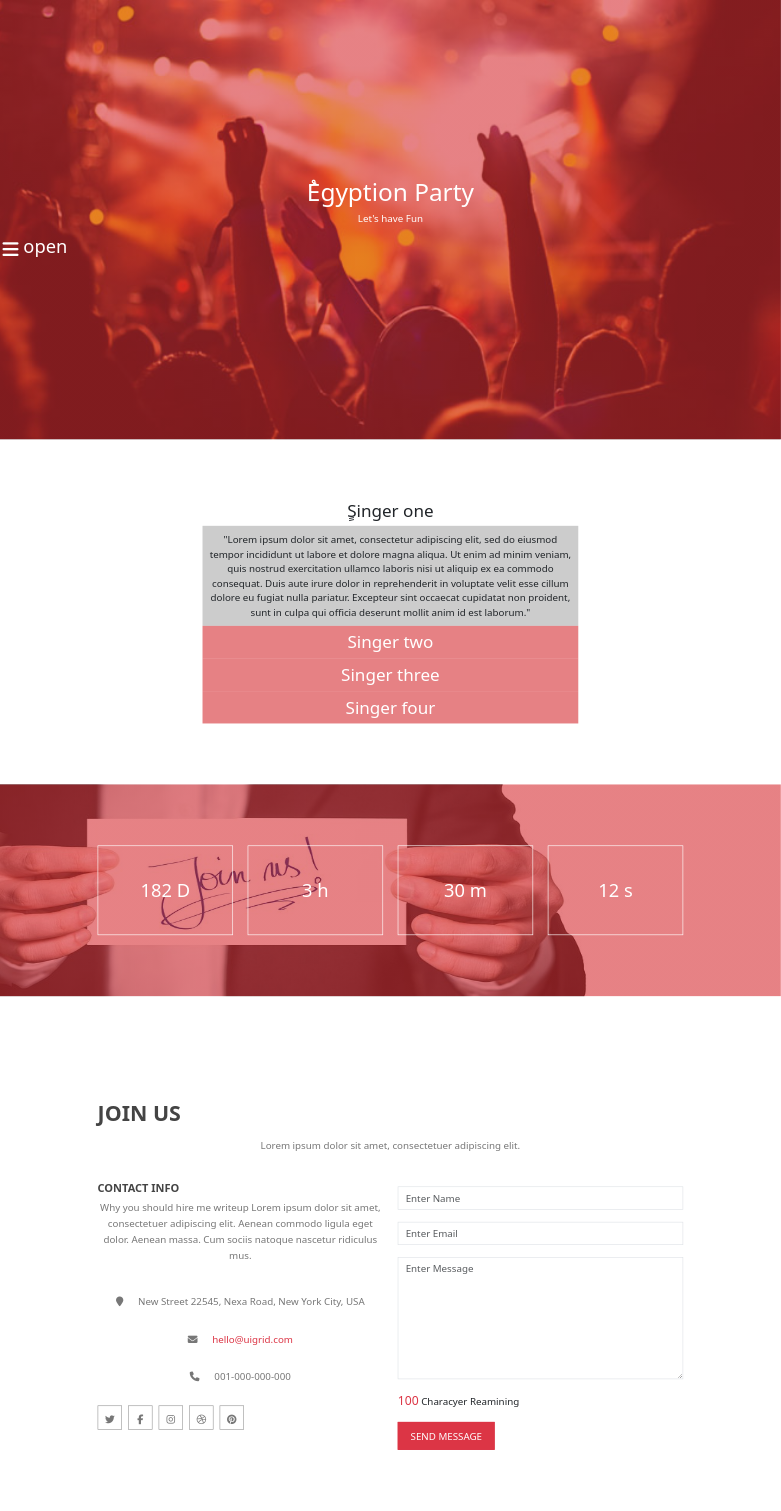
Repository: HagarYousry/jQuery
Page: index.html
These files come from the project's save history. The page is drawn as it stood at one moment and after a run of saves; the edit follows.
The browser window is 1280 px wide. The pictures show the whole page, at 61% of full size.

Above is the page before, as saved 2024-07-25 20:29:31.

### index.html
<!DOCTYPE html>
<html lang="en">

<head>
    <meta charset="UTF-8">
    <meta name="viewport" content="width=device-width, initial-scale=1.0">
    <title>Egyption party</title>
    <!-- web fonts  -->
    <link rel="stylesheet" href="css/all.min.css">
    <!-- bootstrap -->
    <link rel="stylesheet" href="css/bootstrap.min.css">
    <!-- main css -->
    <link rel="stylesheet" href="css/main.css">
</head>

<body>
    <!--start home  -->
    <section id="home">
        <div id="sideNav" class="bg-black p-5">
            <a class="p-0 closeIcon">
                <i class="fa-solid fa-xmark "></i>
            </a>
            <a class="sideNav-link " href="#home">Home</a>
            <a class="sideNav-link" href="#Acordion">Duration</a>
            <a class="sideNav-link" href="#contact">Contact</a>
            <a class="sideNav-link" href="#count">Details</a>
        </div>

        <div class="home-title d-flex justify-content-center align-items-center flex-column vh-100 text-white">
            <h1>ُEgyption Party</h1>
            <p>Let's have Fun</p>
            <span class="navIcon align-self-start d-flex align-items-center ms-1">
                <i class="fa-solid fa-bars"></i>
                <h4 class="ms-2">open</h4>
            </span>
        </div>
    </section>


    <!-- start Acordion section  -->
    <section id="Acordion" class="Acordion text-center">

        <div class="container w-50">
            <h3 class="toggle-acordion">ٍSinger one</h3>
            <div class="inner first">"Lorem ipsum dolor sit amet, consectetur adipiscing elit, sed do eiusmod tempor
                incididunt ut labore et dolore magna aliqua. Ut enim ad minim veniam, quis nostrud exercitation ullamco
                laboris nisi ut aliquip ex ea commodo consequat. Duis aute irure dolor in reprehenderit in voluptate
                velit
                esse cillum dolore eu fugiat nulla pariatur. Excepteur sint occaecat cupidatat non proident, sunt in
                culpa
                qui officia deserunt mollit anim id est laborum."
            </div>


            <h3 class="toggle">Singer two</h3>
            <div class="inner">"Sed ut perspiciatis unde omnis iste natus error sit voluptatem accusantium doloremque
                laudantium, totam rem aperiam, eaque ipsa quae ab illo inventore veritatis et quasi architecto beatae
                vitae
                dicta sunt explicabo. Nemo enim ipsam voluptatem quia voluptas sit aspernatur aut odit aut fugit, sed
                quia
                consequuntur magni dolores eos qui ratione voluptatem sequi nesciunt. Neque porro quisquam est, qui
                dolorem
                ipsum quia dolor sit amet, consectetur, adipisci velit, sed quia non numquam eius modi tempora incidunt
                ut
                labore et dolore magnam aliquam quaerat voluptatem. Ut enim ad minima veniam, quis nostrum
                exercitationem
                ullam corporis suscipit laboriosam, nisi ut aliquid ex ea commodi consequatur? Quis autem vel eum iure
                reprehenderit qui in ea voluptate velit esse quam nihil molestiae consequatur, vel illum qui dolorem eum
                fugiat quo voluptas nulla pariatur?"
            </div>


            <h3 class="toggle">Singer three</h3>
            <div class="inner">"But I must explain to you how all this mistaken idea of denouncing pleasure and praising
                pain was born and I will give you a complete account of the system, and expound the actual teachings of
                the
                great explorer of the truth, the master-builder of human happiness. No one rejects, dislikes, or avoids
                pleasure itself, because it is pleasure, but because those who do not know how to pursue pleasure
                rationally
                encounter consequences that are extremely painful. Nor again is there anyone who loves or pursues or
                desires
                to obtain pain of itself, because it is pain, but because occasionally circumstances occur in which toil
                and
                pain can procure him some great pleasure. To take a trivial example, which of us ever undertakes
                laborious
                physical exercise, except to obtain some advantage from it? But who has any right to find fault with a
                man
                who chooses to enjoy a pleasure that has no annoying consequences, or one who avoids a pain that
                produces no
                resultant pleasure?"
            </div>


            <h3 class="toggle">Singer four</h3>
            <div class="inner">"At vero eos et accusamus et iusto odio dignissimos ducimus qui blanditiis praesentium
                voluptatum deleniti atque corrupti quos dolores et quas molestias excepturi sint occaecati cupiditate
                non
                provident, similique sunt in culpa qui officia deserunt mollitia animi, id est laborum et dolorum fuga.
                Et
                harum quidem rerum facilis est et expedita distinctio. Nam libero tempore, cum soluta nobis est eligendi
                optio cumque nihil impedit quo minus id quod maxime placeat facere possimus, omnis voluptas assumenda
                est,
                omnis dolor repellendus. Temporibus autem quibusdam et aut officiis debitis aut rerum necessitatibus
                saepe
                eveniet ut et voluptates repudiandae sint et molestiae non recusandae. Itaque earum rerum hic tenetur a
                sapiente delectus, ut aut reiciendis voluptatibus maiores alias consequatur aut perferendis doloribus
                asperiores repellat."

            </div>

        </div>
    </section>
    <!-- end Acordion section  -->

    <!-- start count section  -->
    <section id="count">
        <div class="container-fluid w-75 text-center text-white">
            <div class="row">
                <div class="col-md-3">
                    <div class="time">
                        <span class="days">00</span>
                    </div>
                </div>

                <div class="col-md-3">
                    <div class="time">
                        <span class="hours">00</span>
                    </div>
                </div>

                <div class="col-md-3">
                    <div class="time">
                        <span class="minutes">00</span>
                    </div>
                </div>

                <div class="col-md-3">
                    <div class="time">
                        <span class="seconds">00</span>
                    </div>
                </div>

            </div>
        </div>
    </section>
    <!-- end count section  -->

    <!-- start contact-us section  -->
    <section id="contact">
        <div class="container-fluid w-75">
            <div class="head">
                <h2 class="text-uppercase fw-bold">Join Us</h2>
                <p class="text-center">Lorem ipsum dolor sit amet, consectetuer adipiscing elit.</p>
            </div>
            <div class="row mt-5">
                <div class="col-md-6">
                    <div class="col-info">
                        <h3 class="text-uppercase">CONTACT INFO</h3>
                        <p class="text-center">Why you should hire me writeup Lorem ipsum dolor sit amet, consectetuer
                            adipiscing elit.
                            Aenean commodo ligula eget dolor. Aenean massa. Cum sociis natoque nascetur ridiculus mus.
                        </p>

                        <div class="icons text-center">
                            <p><i class="fa fa-map-marker"></i> New Street 22545, Nexa Road, New York City, USA</p>

                            <p class="text-danger"><i class="fa fa-envelope"></i> hello@uigrid.com</p>
                            <p><i class="fa fa-phone"></i> 001-000-000-000</p>
                        </div>

                        <div class="social d-flex align-items-center">

                            <i class="fab fa-twitter fa-fw"></i>
                            <i class="fab fa-facebook-f fa-fw"></i>
                            <i class="fab fa-instagram fa-fw"></i>
                            <i class="fab fa-dribbble fa-fw"></i>
                            <i class="fab fa-pinterest fa-fw"></i>

                        </div>
                    </div>
                </div>

                <div class="col-md-6">
                    <form>

                        <input class="form-control mt-2" type="text" placeholder="Enter Name">
                        <input class="form-control" type="email" placeholder="Enter Email">
                        <textarea class="form-control " placeholder="Enter Message"></textarea>
                        <span id="chars" class="text-danger">100</span> Characyer Reamining
                        <button class="btn btn-danger text-uppercase">Send Message</button>

                    </form>
                </div>
            </div>
        </div>
    </section>
    <!-- end contact-us section  -->


    <!-- jquery  -->
    <script src="js/jquery-3.7.1.min.js"></script>
    <!-- index js  -->
    <script src="js/index.js"></script>


</body>

</html>

### css/main.css
/*start home  */
#home{
    height: 100vh;
    background-image: linear-gradient(rgba(214, 46, 51, 0.6), rgba(214, 46, 51, 0.6)),
        url(../imgs/events-heavenly-header.jpg);
    background-position: center;
    background-size: cover;
    background-repeat: no-repeat;
}

#sideNav {
    position: fixed;
    top: 0;
    bottom: 0;
    left: 0;
    display: flex;
    flex-direction: column;
    z-index: 9999;
}

#sideNav a{
    padding: 20px;
    text-decoration: none;
    font-size: 25px;
    color: #818181;
    display: block;
    color: white;
    transition: 0.3s;
}

.closeIcon {
    position: absolute;
    top: 0;
    right: 25px;
    font-size: 26px;
    margin-left: 50px;
    color: white;
    padding-bottom: 10px;
    transition: 0.3s;
    cursor: pointer;
}

#sideNav a:hover {
    color: rgba(214, 46, 51, 0.4);
}

.navIcon i,
.navIcon h4 {
    font-size: 30px;
    cursor: pointer;
}





/* start Acordion section  */
.Acordion{
    padding-top: 100px ;
    padding-bottom: 100px;
}

.toggle {
    background-color: rgba(214, 46, 51, 0.6);
    cursor: pointer;
    color: white;
    padding: 10px;
    margin: 0px;
}

.inner {
    background-color: rgb(204, 204, 204);
    display: none;
    padding: 10px;
}

#Acordion .first {
    display: block;
}

/* end Acordion section  */

/* start count section  */

#count {
    background-image: linear-gradient(rgba(214, 46, 51, 0.6), rgba(214, 46, 51, 0.6)), url(../imgs/invitation-2508607__340.jpg);
    background-repeat: no-repeat;
    background-position: center center;
    background-size: 100% 100%;
    position: relative;
}

.container-fluid {
    padding: 100px 0px;
}

.time {
    padding: 50px;
    border: 1px solid #FFF;
    font-weight: 500;
    font-size: 30px;
}

/* end count section  */

/* start contact-us section  */
#contact {
    margin-top: 70px;
}

#contact .head h2 {
    font-size: 35px;
    color: #444;
    margin-bottom: 20px;
}

#contact .head p {
    color: #777;
    font-weight: 300;
    font-size: 16px;
}

#contact .col-md-6 .col-info .icons {
    margin-top: 50px;
}

#contact .col-md-6 .col-info .icons p {
    margin-bottom: 35px;
}

#contact .col-md-6 .col-info h3 {
    color: #444;
    font-size: 18px;
    font-weight: 900;
}

#contact .col-md-6 .col-info p {
    font-size: 16px;
    line-height: 26px;
    color: #777;
}

#contact i {
    margin-right: 20px;
    color: #777;
}

#contact .col-md-6 .col-info .social i {
    margin-right: 10px;
    border: 1px solid #999;
    width: 40px;
    height: 40px;
    line-height: 42px;
    cursor: pointer;
    text-align: center;
    transition: 0.5s all;
}

#contact .col-md-6 .col-info .social i:hover {
    color: #fff;
    background-color: #D62E33;
    border: 1px solid #D62E33;
}

#contact .col-md-6 form input,
#contact .col-md-6 form textarea {
    margin-bottom: 20px;
    border-radius: 0;
}

#contact .col-md-6 form textarea {
    height: 200px;
    resize: vertical;
}

#contact .col-md-6 form button {
    padding: 10px 20px;
    border-radius: 0;
    margin-top: 20px;
    display: block;
}

#contact .col-md-6 form #chars {
    font-size: 20px;
}
/* end contact-us section  */

### js/index.js
/// <reference types="../@types/jquery"/>

/* start sideNav */

const sideNavwidth = $('#sideNav').outerWidth(true);

$('#sideNav')
    .animate({ left: -sideNavwidth }, 0);

// open icon
$('.navIcon')
    .on('click', function () {
        $('#sideNav').animate({left :0 }, 1000);
        $('.home-title').animate({ marginLeft: sideNavwidth }, 1000)

    })

// close icon
$('.closeIcon')
    .on('click', function () {
        $('#sideNav').animate({ left: -sideNavwidth }, 1000);
        $('.home-title').animate({ marginLeft: 0 }, 1000)
    })


//! scroll to sections
$('.sideNav-link[href^="#"]')
    .on('click', function () {
        const sectionId = $(this).attr('href');
        // console.log(section);
        //! get section top
        const sectionTop = $(sectionId).offset().top;
        // console.log(top);
        $('html , body')
            .animate({ scrollTop: sectionTop }, 2000)
    })

// end sideNav section

// start Acordion section
//! slideToggle effect
$('#Acordion .toggle').on('click', function () {
    //! slide up all inner except the one i clicked on
    $('.inner').not($(this).next()).slideUp(500);
    //! slide toggle
    $(this).next().slideToggle(500);
});
// end Acordion section

//start count section
$(window).on('load', function () {
    countDownTime("24 january 2025 00:00:00");
})


function countDownTime(countTo) {

    //! get countTo date
    let futureDate = new Date(countTo);
    futureDate = (futureDate.getTime() / 1000);
    // console.log(futureDate);

    //! get current date
    let now = new Date();
    // console.log(now);
    now = (now.getTime() / 1000);

    //! get the difference between current date and countTo date by sec
    timeDifference = (futureDate - now);

    //?(24 * 60 * 60) ==> num. of sec in day ==> 86400
    let days = Math.floor(timeDifference / 86400);
    let hours = Math.floor((timeDifference - (days * 86400)) / 3600);
    let mins = Math.floor((timeDifference - (days * 86400) - (hours * 3600)) / 60);
    let secs = Math.floor((timeDifference - (days * 86400) - (hours * 3600) - (mins * 60)))


    $(".days").html(`${days} D`);
    $(".hours").html(`${hours} h`);
    $(".minutes").html(`${mins} m`);
    $('.seconds').html(`${secs} s`)

    //! Repeating the Countdown Every Second
    setInterval(function () {
        countDownTime(countTo);
    }, 1000);
}
//end count section

//start contact-us section
let maxLength = 100;
$('textarea').on('keyup', function () {
    //! val as getter ==> lenght
    let length = $(this).val().length;
    // console.log(length);
    let AmountLeft = maxLength - length;
    console.log(AmountLeft);
    if (AmountLeft <= 0) {
        $("#chars").text("your available characters finished");
    }
    else {
        $("#chars").text(AmountLeft);
    }
});
//end contact-us section

Loaded but not shown: css/all.min.css (library); css/bootstrap.min.css (library); js/jquery-3.7.1.min.js (library)

After the next 3 saves:
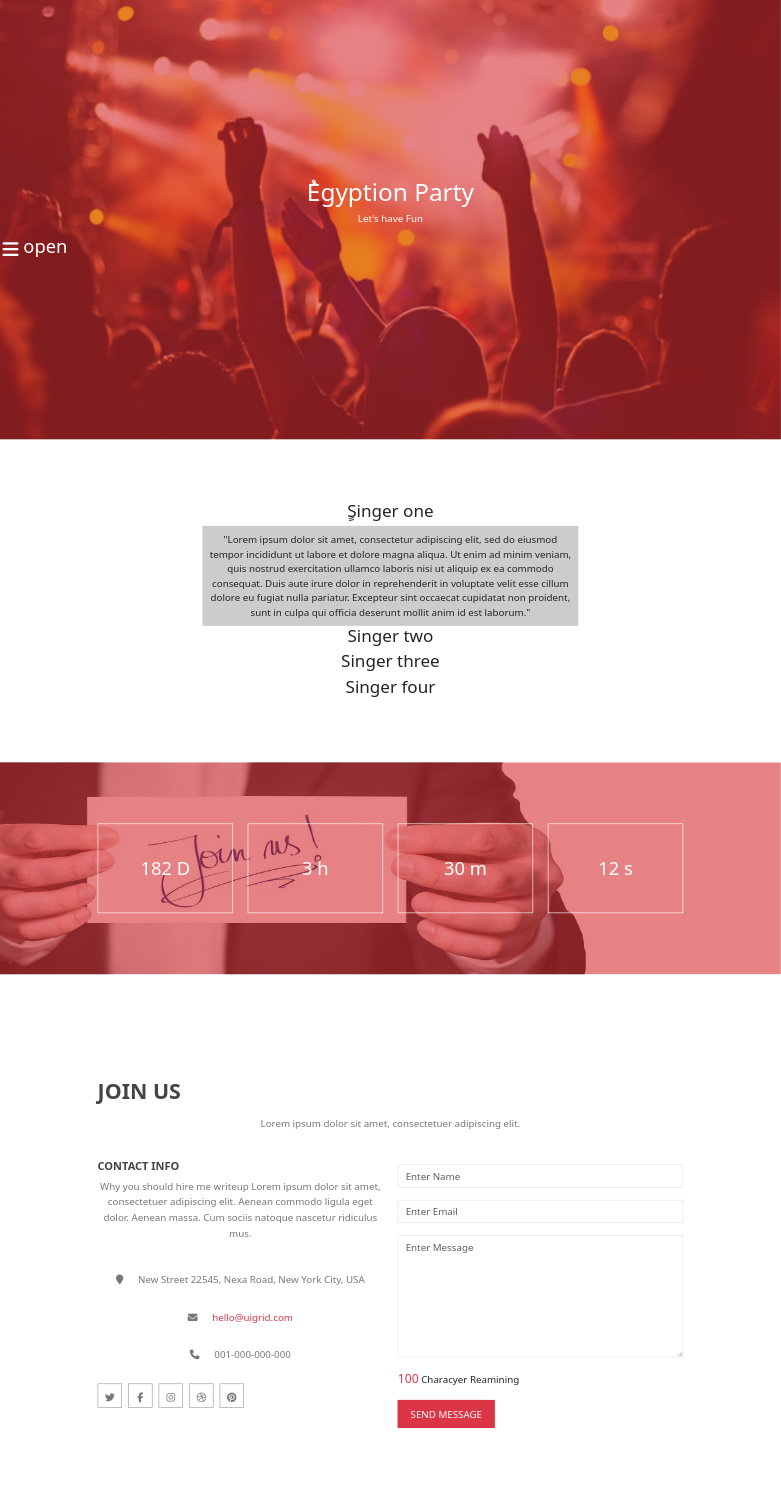
The 3 saves are shown as one change because they came seconds apart.
The last was saved 12 s later.
--- a/index.html
+++ b/index.html
@@ -52,7 +52,7 @@
             </div>
 
 
-            <h3 class="toggle">Singer two</h3>
+            <h3 class="toggle-acordion">Singer two</h3>
             <div class="inner">"Sed ut perspiciatis unde omnis iste natus error sit voluptatem accusantium doloremque
                 laudantium, totam rem aperiam, eaque ipsa quae ab illo inventore veritatis et quasi architecto beatae
                 vitae
@@ -70,7 +70,7 @@
             </div>
 
 
-            <h3 class="toggle">Singer three</h3>
+            <h3 class="toggle-acordion">Singer three</h3>
             <div class="inner">"But I must explain to you how all this mistaken idea of denouncing pleasure and praising
                 pain was born and I will give you a complete account of the system, and expound the actual teachings of
                 the
@@ -91,7 +91,7 @@
             </div>
 
 
-            <h3 class="toggle">Singer four</h3>
+            <h3 class="toggle-acordion">Singer four</h3>
             <div class="inner">"At vero eos et accusamus et iusto odio dignissimos ducimus qui blanditiis praesentium
                 voluptatum deleniti atque corrupti quos dolores et quas molestias excepturi sint occaecati cupiditate
                 non
